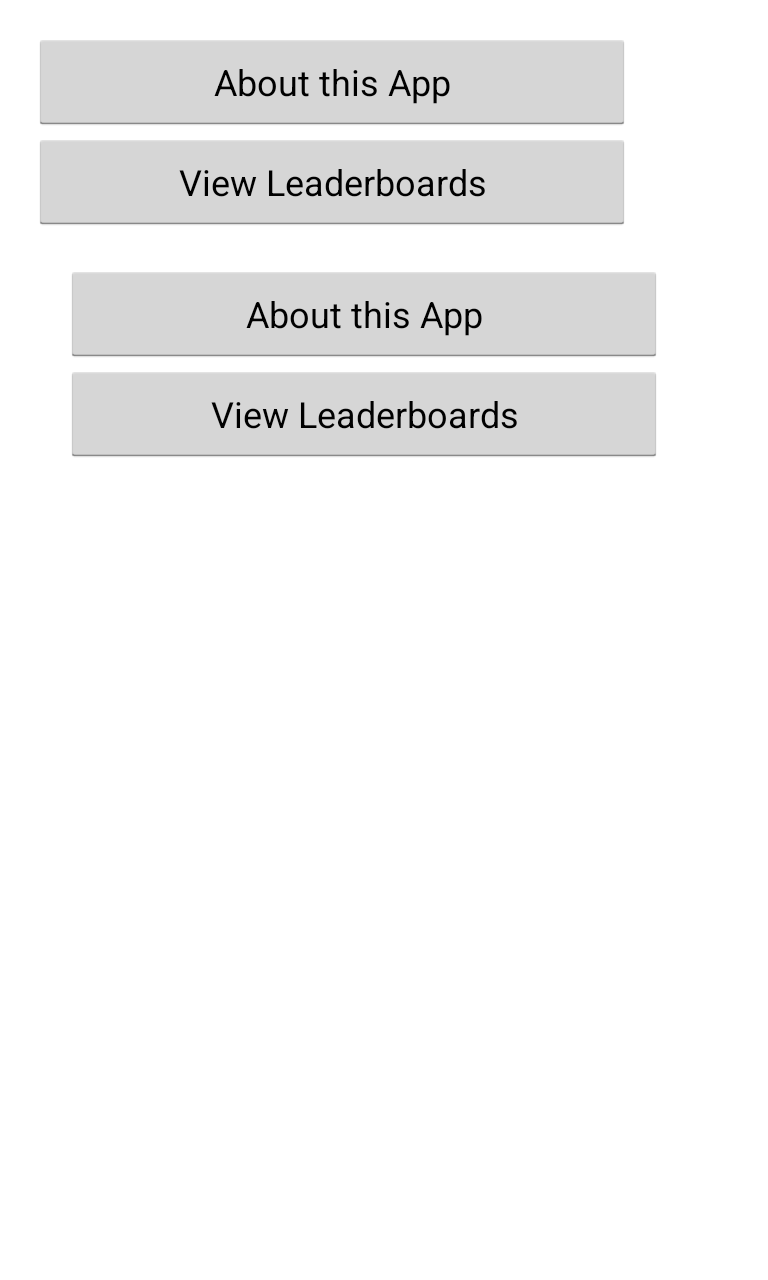
Repository: colincove/IAT381-Android
Layout: UrbanWarLeaderboards/res/layout/activity_title_screen.xml
The author's editor kept a copy of each file at every save. The layout is drawn from the files as they stood at one save, then again after the next save.
It is drawn on a 768 x 1280 px phone screen (xhdpi) without system bars, with theme AppTheme; the app's code is not run.

Above is the layout before, as saved 2013-09-06 16:09:08.

### UrbanWarLeaderboards/res/layout/activity_title_screen.xml
<LinearLayout xmlns:android="http://schemas.android.com/apk/res/android"
    xmlns:tools="http://schemas.android.com/tools"
    android:orientation="vertical"
    android:layout_width="match_parent"
    android:layout_height="match_parent"
    android:paddingBottom="@dimen/activity_vertical_margin"
    android:paddingLeft="@dimen/activity_horizontal_margin"
    android:paddingRight="@dimen/activity_horizontal_margin"
    android:paddingTop="@dimen/activity_vertical_margin"
    tools:context=".TitleScreenActivity" >

		<Button
		    android:text="@string/about"
		    android:layout_width="300dp"
		    android:layout_height="50dp" />
		<Button
		    android:text="@string/view_leaderboards"
		    android:layout_width="@dimen/menu_btn_w"
		    android:layout_height="@dimen/menu_btn_h" />
		<LinearLayout
    android:orientation="vertical"
    android:layout_width="match_parent"
    android:layout_height="match_parent"
    android:paddingBottom="@dimen/activity_vertical_margin"
    android:paddingLeft="@dimen/activity_horizontal_margin"
    android:paddingRight="@dimen/activity_horizontal_margin"
    android:paddingTop="@dimen/activity_vertical_margin"
    tools:context=".TitleScreenActivity" >
    <Button
		    android:text="@string/about"
		    android:layout_width="300dp"
		    android:layout_height="50dp" />
		<Button
		    android:text="@string/view_leaderboards"
		    android:layout_width="@dimen/menu_btn_w"
		    android:layout_height="@dimen/menu_btn_h" />
		</LinearLayout>

</LinearLayout>

### UrbanWarLeaderboards/res/values/dimens.xml
<resources>

    <!-- Default screen margins, per the Android Design guidelines. -->
    <dimen name="activity_horizontal_margin">16dp</dimen>
    <dimen name="activity_vertical_margin">16dp</dimen>
	<dimen name="menu_btn_w">300dp</dimen>
	<dimen name="menu_btn_h">50dp</dimen>
</resources>

### UrbanWarLeaderboards/res/values/strings.xml
<?xml version="1.0" encoding="utf-8"?>
<resources>

    <string name="app_name">UrbanWarLeaderboards</string>
    <string name="action_settings">Settings</string>
    <string name="hello_world">Hello world!</string>
    <!-- Menu button Strings -->
	<string name="about">About this App</string>
	<string name="view_leaderboards">View Leaderboards</string>
</resources>

Loaded but not shown: UrbanWarLeaderboards/res/values/styles.xml (common file); UrbanWarLeaderboards/res/values-v11/styles.xml (common file); UrbanWarLeaderboards/res/values-v14/styles.xml (common file)

After the next save:
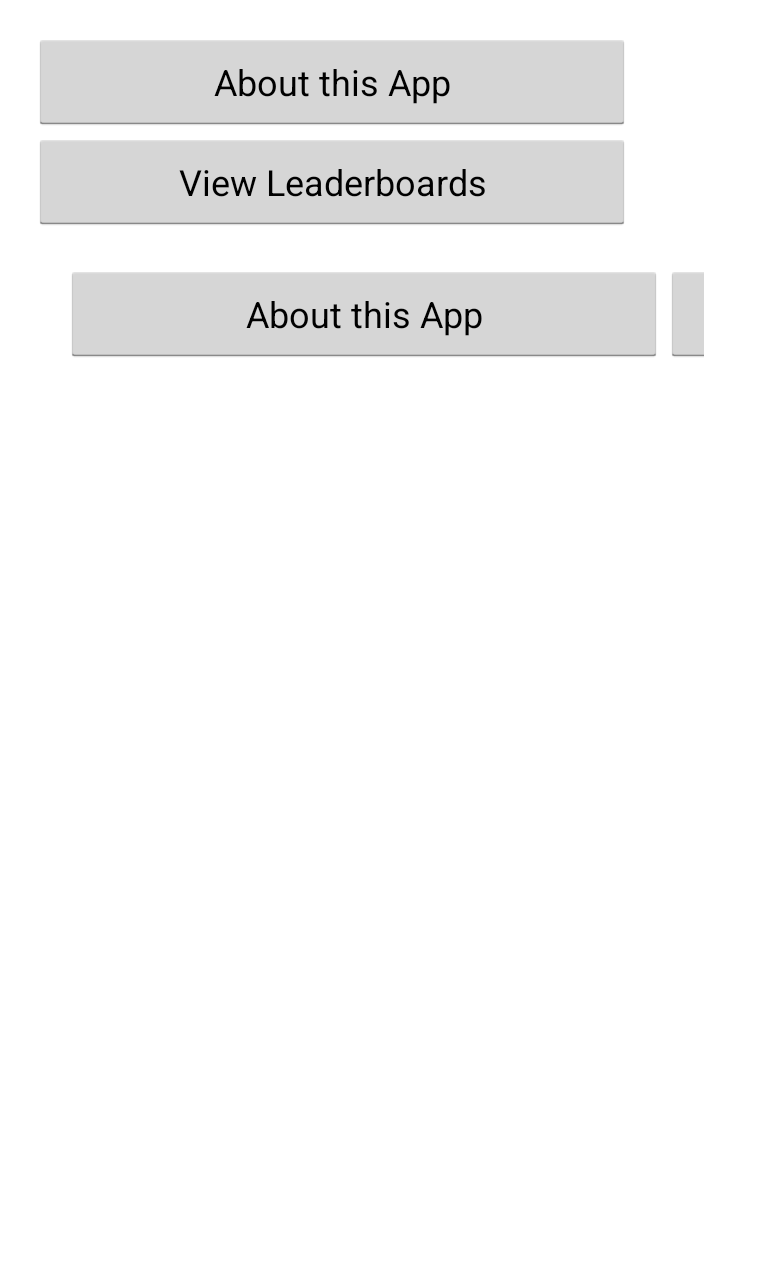
Saved 14 s later.
--- a/UrbanWarLeaderboards/res/layout/activity_title_screen.xml
+++ b/UrbanWarLeaderboards/res/layout/activity_title_screen.xml
@@ -18,7 +18,7 @@
 		    android:layout_width="@dimen/menu_btn_w"
 		    android:layout_height="@dimen/menu_btn_h" />
 		<LinearLayout
-    android:orientation="vertical"
+    android:orientation="horizontal"
     android:layout_width="match_parent"
     android:layout_height="match_parent"
     android:paddingBottom="@dimen/activity_vertical_margin"
